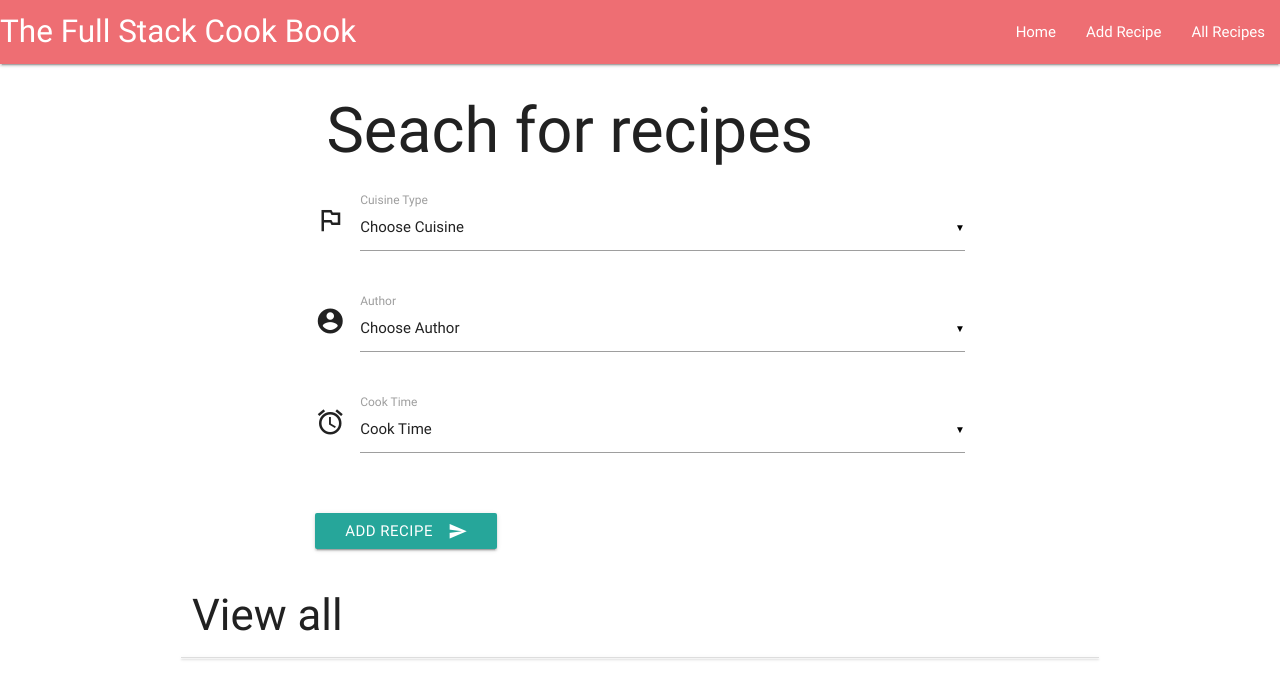
Repository: nakitamccool/francisillingworth-milestone-project-3
Page: http://localhost/get_recipes
The author's editor kept a record of every edit. The page is drawn from the files as they stood at one moment, then again after the next edit.
The browser window is 1280 px wide. The pictures show the whole page.
The page is served by the project's application, run on Flask 3 (app.py). Queries for data that is not in the repository find no rows.

Above is the page before.

### templates/recipes.html
 {% extends 'base.html' %} {% block content %}

<div class="container">
  <h1>Seach for recipes</h1>

  <div class="row">
    <form action="" method="GET" class="col s12">
      <div class="row">


        <div class="row">
          <div class="input-field col s12">
            <i class="material-icons prefix">outlined_flag</i>
            <select id="cuisine" name="cuisine_type">
                  <option value="" disabled selected>Choose Cuisine</option>
                  {% for cat in cuisine %}
                      <option value="{{cat.cuisine_type}}">{{cat.cuisine_type}}</option>
                  {% endfor %}
                </select>
            <label>Cuisine Type</label>
          </div>
        </div>


        <div class="row">
          <div class="input-field col s12">
            <i class="material-icons prefix">account_circle</i>
            <select id="author" name="author">
                  <option value="" disabled selected>Choose Author</option>
                  {% for cat in cuisine %}
                      <option value="{{cat.author}}">{{cat.author}}</option>
                  {% endfor %}
                </select>
            <label>Author</label>
          </div>
        </div>
        <div class="row">
          <div class="input-field col s12">
            <i class="material-icons prefix">alarm</i>
            <select id="cook_time" name="cook_time">
                  <option value="" disabled selected>Cook Time</option>
                  {% for cat in cuisine %}
                      <option value="{{cat.cook_time}}">{{cat.cook_time}}</option>
                  {% endfor %}
                </select>
            <label>Cook Time</label>
          </div>
        </div>
      </div>
      <div class="row">
        <button class="btn waves-effect waves-light" type="submit" name="action">Add Recipe
                <i class="material-icons right">send</i>
            </button>
      </div>



    </form>
  </div>


</div>
<h3>View all</h3>

<div class="row">
  <ul class="collapsible">
    {% for recipe in recipes %}
    <li>
      <div class="collapsible-header">
        <div class="recipe_header col s9">
          <i class="material-icons">expand_more</i>
          <strong>{{recipe.recipe_name}}</strong> &nbsp;- {{recipe.cuisine_type}} - {{recipe.author}} - &nbsp;<strong>Cook time {{recipe.cook_time}} minutes</strong>
        </div>
        <div class="deleteEdit col s3">
          <a href="{{url_for('edit_recipe', recipe_id=recipe._id)}}" class="waves-effect waves-light btn btn_edit"><i class="material-icons left">edit</i>Edit</a>
          <a href="{{url_for('delete_recipe' , recipe_id=recipe._id)}}" class="waves-effect waves-light btn btn_delete"><i class="material-icons deleteIcon">delete_forever</i></a>
        </div>

      </div>


      <div class="collapsible-body"><span>

      <ul class="collapsible" data-collapsible="expandable">
    <li>
      <div class="collapsible-header"><i class="material-icons">local_grocery_store</i>Ingredients</div>
      <div class="collapsible-body"><span>{{recipe.ingredients}}</span></div>
    </li>
    <li>
      <div class="collapsible-header"><i class="material-icons">format_list_numbered</i>Method</div>
      <div class="collapsible-body"><span>{{recipe.method}}</span></div>
    </li>

  </ul>






  </span>
</div>
</li>
{% endfor %}
</ul>
</div>







{% endblock %}

### templates/base.html
<!DOCTYPE html>
<html lang="en">
<head>
    <link href="https://fonts.googleapis.com/icon?family=Material+Icons"
      rel="stylesheet">
    <link rel="stylesheet"  href="https://cdnjs.cloudflare.com/ajax/libs/materialize/0.100.2/css/materialize.min.css">
    <link rel="stylesheet" href="{{url_for('static' , filename = "css/style.css")}}" type="text/css" />

</head>
<body>
  <header>
    <nav>
    <div class="nav-wrapper">
      <a href="#" class="brand-logo">The Full Stack Cook Book</a>
      <ul id="nav-mobile" class="right hide-on-med-and-down">
        <li><a href="index.html">Home</a></li>
        <li><a href="{{ url_for('add_recipe') }}">Add Recipe</a></li>
        <li><a href="{{ url_for('get_recipes') }}">All Recipes</a></li>
      </ul>

    </div>
  </nav>
  </header>
    <div class="container">
    {% block content %}
    {% endblock %}
    </div>
    <script src="https://cdnjs.cloudflare.com/ajax/libs/jquery/3.4.1/jquery.min.js" integrity="sha256-CSXorXvZcTkaix6Yvo6HppcZGetbYMGWSFlBw8HfCJo=" crossorigin="anonymous"></script>
    <script src="https://cdnjs.cloudflare.com/ajax/libs/materialize/0.100.2/js/materialize.min.js"></script>
    <script type="text/javascript">
         $(document).ready(function(){
    $('.collapsible').collapsible();
    $('select').material_select();
  });

    </script>


</body>
</html>

### app.py
import os
from flask import Flask , render_template, redirect, request, url_for
from flask_pymongo import PyMongo
from bson.objectid import ObjectId


db_password = os.environ.get('DB_PASSWORD')

app = Flask(__name__)

app.config["MONGO_DBNAME"] = 'recipe_project'
app.config["MONGO_URI"] = 'mongodb+srv://root:r00tUser@myfirstcluster-aogax.mongodb.net/recipe_project?retryWrites=true&w=majority'

mongo = PyMongo(app)

@app.route('/')


@app.route('/get_recipes')
def get_recipes():
    return render_template("recipes.html", recipes=mongo.db.recipe.find())


@app.route('/add_recipe')
def add_recipe():
    return render_template('addrecipe.html', cuisine=mongo.db.cuisine.find())

@app.route('/insert_recipe', methods=['POST'])
def insert_recipe():
    recipes=mongo.db.recipe
    recipes.insert_one(request.form.to_dict())
    return redirect(url_for('get_recipes'))


@app.route('/edit_recipe/<recipe_id>')
def edit_recipe(recipe_id):
    the_recipe = mongo.db.recipe.find_one({"_id": ObjectId(recipe_id)})
    all_cuisine = mongo.db.cuisine.find()
    return render_template('editrecipe.html', recipe = the_recipe, cuisine=all_cuisine)



@app.route('/update_recipe/<recipe_id>', methods = ["POST"])
def update_recipe(recipe_id):
    recipes = mongo.db.recipe
    recipes.update( {'_id': ObjectId(recipe_id)},
    {
        'recipe_name' : request.form.get('recipe_name'),
        'cuisine_type' : request.form.get('cuisine_type'),
        'author' : request.form.get('author'),
        'ingredients' : request.form.get('ingredients'),
        'method' : request.form.get('method'),
        'cook_time' : request.form.get('cook_time'),
    })
    return redirect(url_for('get_recipes'))

@app.route('/delete_recipe/<recipe_id>')
def delete_recipe(recipe_id):
    mongo.db.recipe.remove({'_id':ObjectId(recipe_id)})
    return redirect(url_for('get_recipes'))





@app.route('/get_cuisines')
def get_cuisines():
    return render_template('cuisines.html', cuisine=mongo.db.cuisine.find())


@app.route('/edit_cuisine/<cuisine_id>')
def edit_cuisine(cuisine_id):
    return render_template('editcuisine.html', cuisine=mongo.db.cuisine.find_one({'_id':ObjectId(cuisine_id)}))


@app.route('/update_cuisine/<cuisine_id>', methods=['POST'])
def update_cuisine(cuisine_id):
    mongo.db.cuisine.update(
        {'_id': ObjectId(cuisine_id)},
        {'cuisine_type': request.form.get('cuisine_type')})
    return redirect(url_for('get_cuisines'))



@app.route('/add_cuisine')
def add_cuisine():
    return render_template('addcuisine.html', cuisine=mongo.db.cuisine.find())


@app.route('/insert_cuisine', methods=['POST'])
def insert_cuisine():
    cuisines=mongo.db.cuisine
    cuisines.insert_one(request.form.to_dict())
    return redirect(url_for('add_recipe'))



@app.route('/delete_cuisine/<cuisine_id>')
def delete_cuisine(cuisine_id):
    mongo.db.cuisine.remove({'_id':ObjectId(cuisine_id)})
    return redirect(url_for('get_cuisines'))



@app.route('/add_cuisine_edit')
def add_cuisine_edit():
    return render_template('addcuisine-edit.html', cuisine=mongo.db.cuisine.find())


@app.route('/insert_cuisine_edit', methods=['POST'])
def insert_cuisine_edit():
    cuisines=mongo.db.cuisine
    cuisines.insert_one(request.form.to_dict())
    return redirect(url_for('get_cuisines'))



@app.route('/index')
def index():
    return render_template("index.html")


@app.route('/filter')
def filter():
    return redirect(url_for())


if __name__ == '__main__':
    app.run(host=os.environ.get('IP'),
            port=int(os.environ.get('PORT')),
            debug=True)

### static/css/style.css
.btn_edit{
    height:28px;
    margin: 5px 15px;
    line-height: 28px;
    padding-left: 3px;
    padding-right: 6px;



}

.btn_delete{
    height:28px;
    margin: 5px 15px ;
    line-height: 28px;
    padding-left: 5px;
    padding-right: 5px;
    background-color: #b70808;

}

.collapsible-header i {
 margin:0;}

 .btn_delete:hover {
    background-color: #71231d;
}

.cancel_button{
    margin: 5px 15px;
    padding-left: 3px;
    padding-right: 6px;
    background-color: #b70808

}


 .cancel_button:hover {
    background-color: #71231d;
}


.recipe_header{
    margin-top:5px;
    margin-right: 20px;
}

.deleteEdit{
    margin-left:auto;
    margin-right:0;
}

.add_cuisine{
    margin-top: 0;
    margin-left:5%;
}

After the next edit:
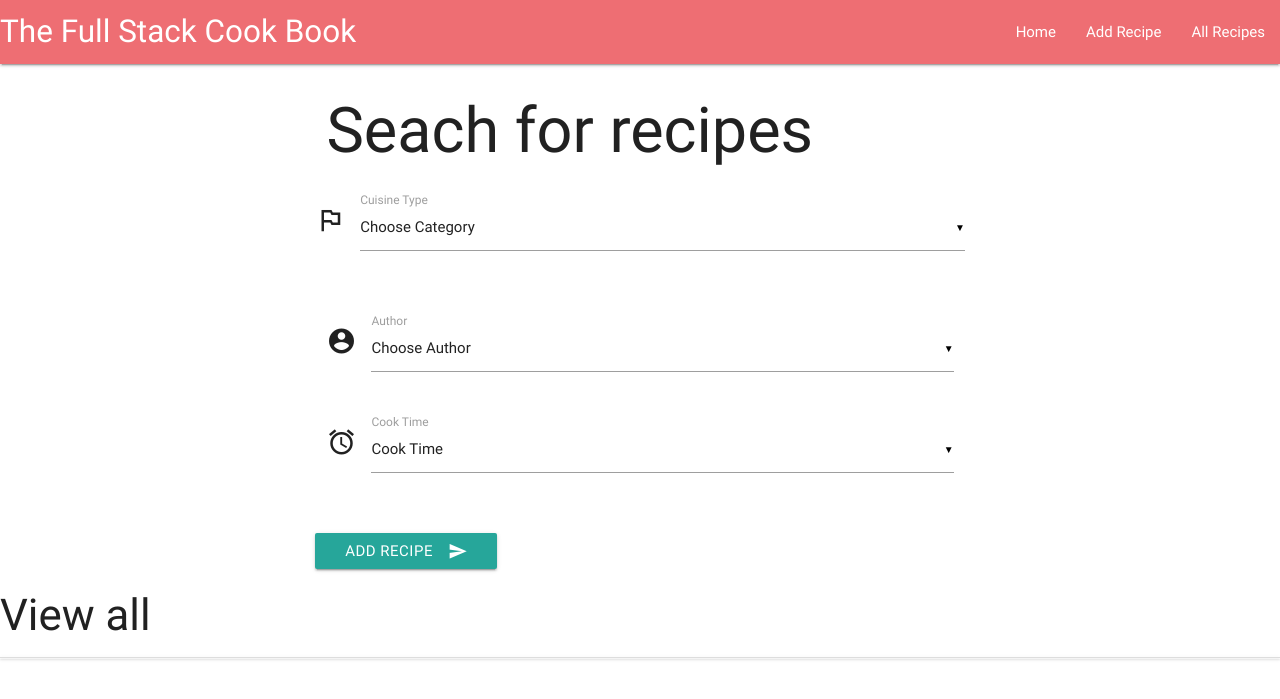
The edit:
--- a/templates/recipes.html
+++ b/templates/recipes.html
@@ -10,15 +10,16 @@
 
         <div class="row">
           <div class="input-field col s12">
-            <i class="material-icons prefix">outlined_flag</i>
-            <select id="cuisine" name="cuisine_type">
-                  <option value="" disabled selected>Choose Cuisine</option>
+                  <i class="material-icons prefix">outlined_flag</i>
+                    <select id="cuisine" name="cuisine_type">
+                  <option value="" disabled selected>Choose Category</option>
                   {% for cat in cuisine %}
                       <option value="{{cat.cuisine_type}}">{{cat.cuisine_type}}</option>
                   {% endfor %}
                 </select>
-            <label>Cuisine Type</label>
-          </div>
+                    <label>Cuisine Type</label>
+                </div>
+            </div>
         </div>
 
 
